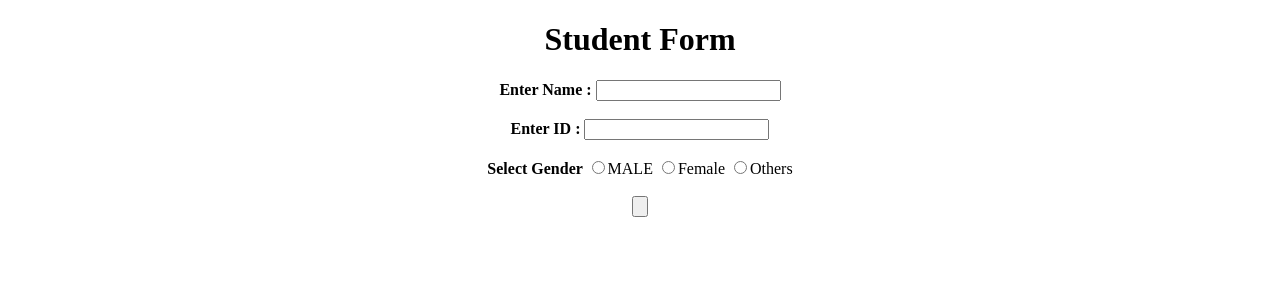
Repository: VIJAYkollu-7568/rakhi
Page: ServletProject/src/main/webapp/form.html
The author's editor kept a copy of each file at every save. The page is drawn from the files as they stood at one save, then again after the next save.
The browser window is 1280 px wide. The pictures show the whole page.

Above is the page before, as saved 2024-11-05 14:02:41.

### ServletProject/src/main/webapp/form.html
<!DOCTYPE html>
<html>
<head>
<meta charset="UTF-8">
<title>Student Form</title>
</head>
<body>
<form align="center">
<b><h1 align="center">Student Form</h1></b>
<b>Enter Name : </b><input type="text" name="101" required>
<br><br>
<b>Enter ID : </b><input type="text" name="102" required>
<br><br>
<b> Select Gender </b><input type="radio" name="gender" value="male">MALE
<input type="radio" name="gender" value="female">Female
<input type="radio" name="gender" value="others">Others
<br>
<br>
<input type="button" name="submit">


</form>
</body>
</html>

After the next save:
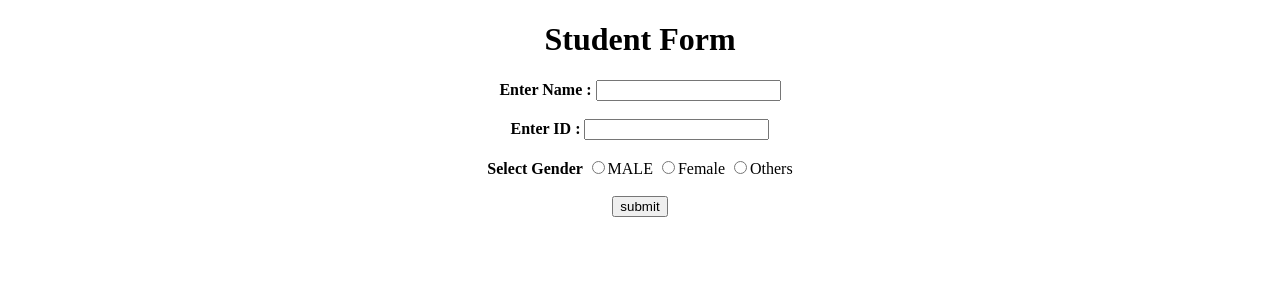
Saved 24 s later.
--- a/ServletProject/src/main/webapp/form.html
+++ b/ServletProject/src/main/webapp/form.html
@@ -16,7 +16,7 @@
 <input type="radio" name="gender" value="others">Others
 <br>
 <br>
-<input type="button" name="submit">
+<input type="button" name="submit" value="submit">
 
 
 </form>
